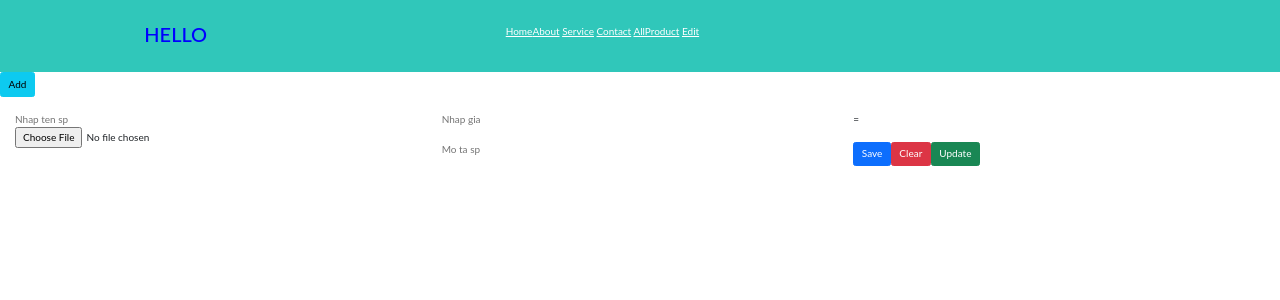
Repository: Hothidani/React
Page: /AllProduct (app in exa/my-react-router-A/)
An editor plug-in stored every save of this project. The page is shown before and after the next save, followed by the edit.
The browser window is 1280 px wide. The pictures show the whole page.
The page's requests for data from a server got no answer. The project was rebuilt for these pictures with package versions that can differ from the ones it lists, and the page was loaded fresh each time. No one was signed in, and anything a server would have sent is missing. Also part of the build but not shown: exa/my-react-router-A/src/component/Navigation.js, exa/my-react-router-A/src/component/Home.js, exa/my-react-router-A/src/component/About.js, exa/my-react-router-A/src/component/Service.js, exa/my-react-router-A/src/component/Contact.js, exa/my-react-router-A/src/component/Edit.js, exa/my-react-router-A/src/component/Add.js.

Above is the page before, as saved 2021-05-10 22:54:58.

After the next save:
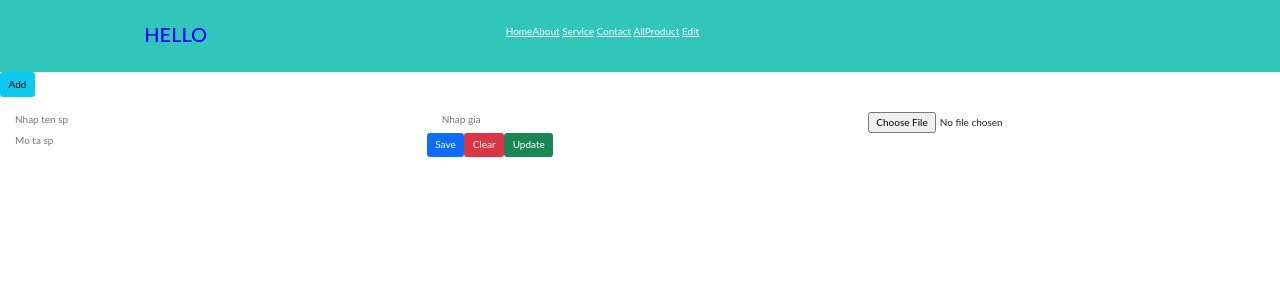
Saved 15 s later.
--- a/exa/my-react-router-A/src/component/AllProduct.js
+++ b/exa/my-react-router-A/src/component/AllProduct.js
@@ -312,7 +312,7 @@ class AllProduct extends Component {
                         <input name="price" type="number" className="col-sm-4" id="giasp" placeholder="Nhap gia"  onChange={this.onChange}/>
                     </div>
                     <div className="form-group">
-=                        <input name="product_pic" ref={(input) =>{this.product_pic= input}} type="file" className="col-sm-4" id="anhsp" placeholder="" onChange={this.onChange} />
+                        <input name="product_pic" ref={(input) =>{this.product_pic= input}} type="file" className="col-sm-4" id="anhsp" placeholder="" onChange={this.onChange} />
                     </div>
                     <div className="form-group">
                         <input name="describe" type="text" className="col-sm-4" id="motasp" placeholder="Mo ta sp" onChange={this.onChange}  />
